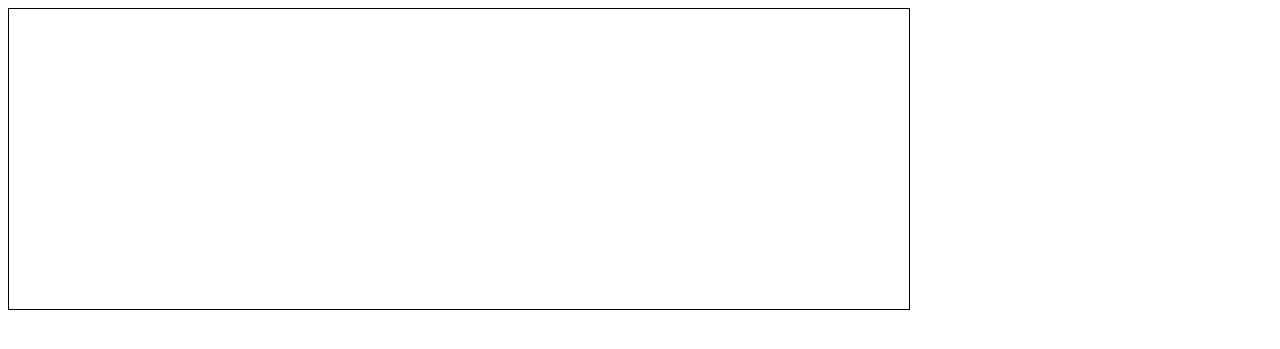
Repository: 0Memo/serpent
Page: index.html
These files come from the project's save history. The page is drawn as it stood at one moment and after the next save; the edit follows.
The browser window is 1280 px wide. The pictures show the whole page.

Above is the page before, as saved 2020-12-15 08:45:08.

### index.html
<!DOCTYPE html>
<html lang="es">
    <head>
        <meta charset="UTF-8">
        <meta name="viewport" content="width=device-width, initial-scale=1.0">
        <title>Juego de la serpiente></title>
    </head>
    <body>

        <script src="js/script.js"></script>
    </body>
</html>

### js/script.js
window.onload = function(){
    var canvas = document.createElement('canvas');
    canvas.width = 900;
    canvas.height = 300;
    canvas.style.border = "1px solid";
    document.body.appendChild(canvas);

    var ctx = canvas.getContext('2d');
}

After the next save:
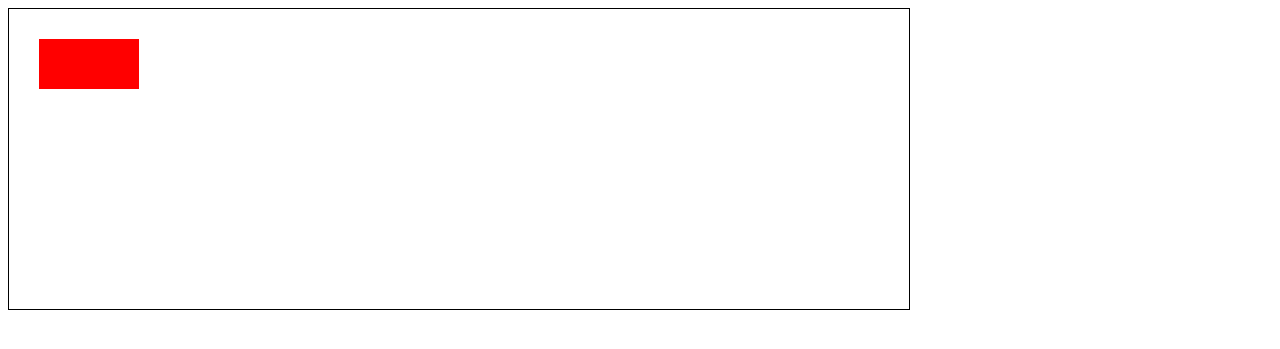
Saved 70 s later.
--- a/js/script.js
+++ b/js/script.js
@@ -6,4 +6,6 @@ window.onload = function(){
     document.body.appendChild(canvas);
 
     var ctx = canvas.getContext('2d');
+    ctx.fillStyle = "#ff0000";
+    ctx.fillRect(30, 30, 100, 50);
 }
